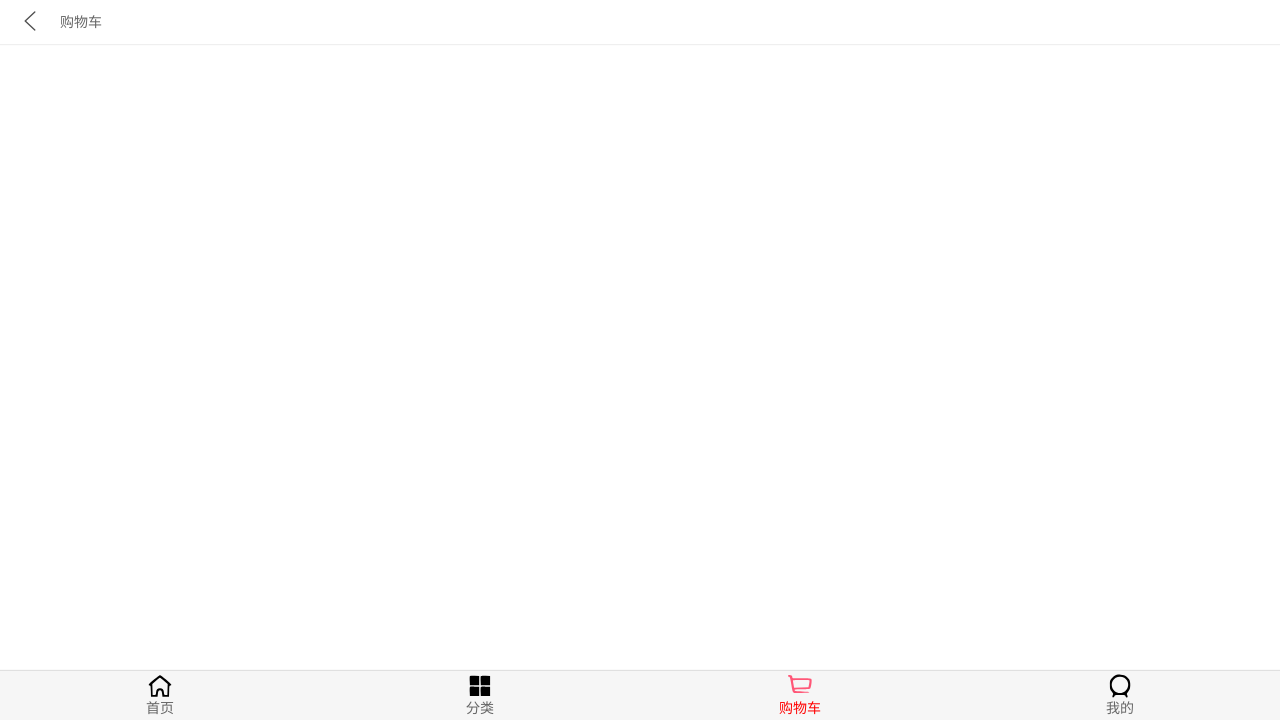
Repository: 2074623967/mymall
Page: /cart
The author's editor kept a copy of each file at every save. The page is drawn from the files as they stood at one save, then again after the next save.
The browser window is 1280 px wide. The pictures show the whole page.
The project was rebuilt for these pictures with package versions that can differ from the ones it lists, and the page was loaded fresh each time. Also part of the build but not shown: vue.config.js. Imported but missing from the stored project, and not drawn on this page: src/common/const.

Above is the page before, as saved 2021-08-31 17:03:13.

After the next save:
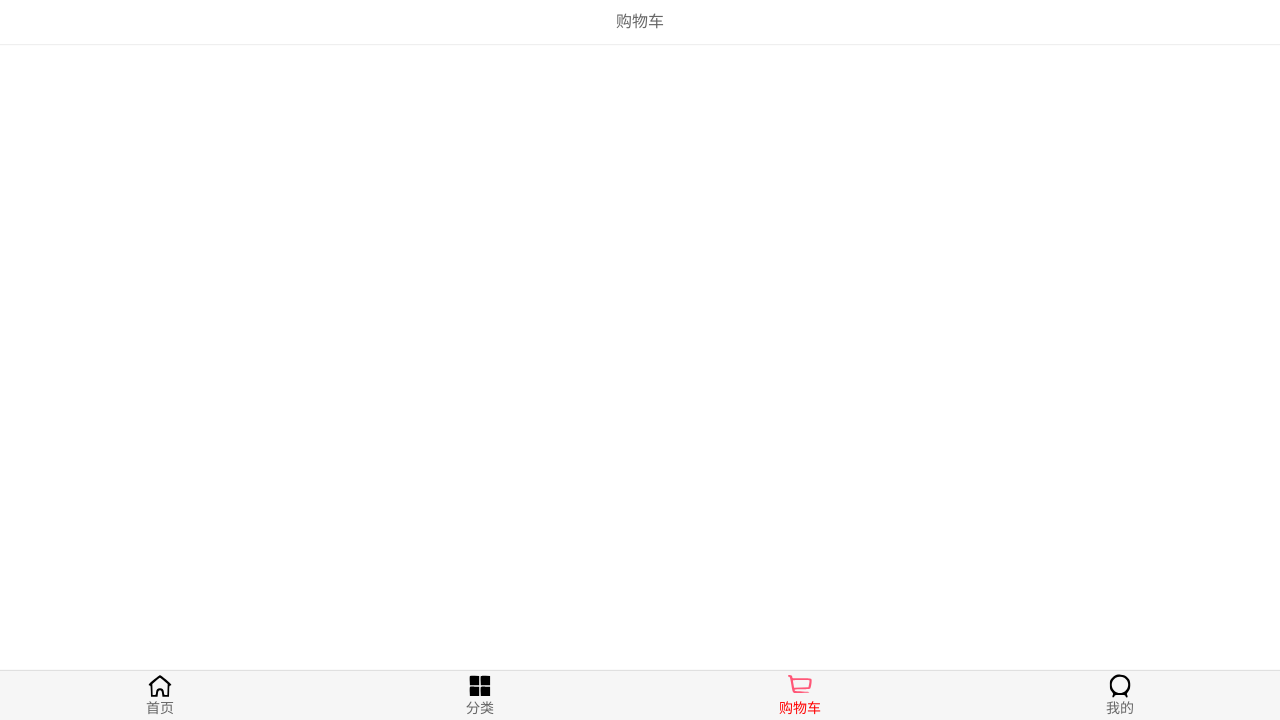
Saved 2 min 0 s later.
--- a/src/views/cart/childComps/CartNavBar.vue
+++ b/src/views/cart/childComps/CartNavBar.vue
@@ -1,11 +1,8 @@
 <template>
   <div class="cart-nav-bar">
          <nav-bar>
-      <div slot="left" class="back" @click="backClick">
-        <img src="~assets/img/common/back.svg" alt="">
-      </div>
-      <div slot="center" class="title">
-          <span>{{title}}</span>
+      <div slot="center">
+        购物车
         </div>
     </nav-bar>
   </div>
@@ -18,11 +15,6 @@ export default {
     components: {
     NavBar
   },
-   data() {
-    return {
-      title:'购物车'
-    };
-  },
   methods: {
     backClick(){
       this.$router.back();
@@ -32,24 +24,10 @@ export default {
 </script>
 
 <style scoped>
-.title {
-  display: flex;
-  font-size: 14px;
-}
-.titie-item {
-  flex: 1;
-
-}
 .back img{
    margin-top: 10px;
 }
-.active {
-  color: var(--color-high-text);
-}
-.active span {
-  border-bottom: 3px solid var(--color-tint);
-}
 .cart-nav-bar{
-  background-color: #fff;
+  background-color: var(--in);
 }
 </style>
